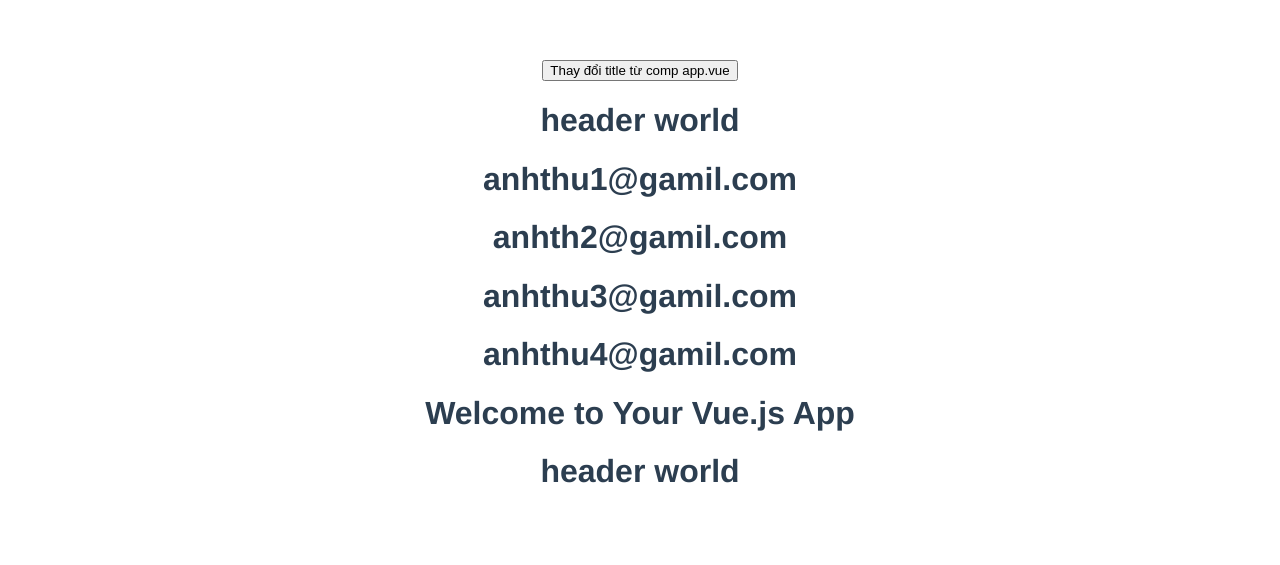
Repository: anhthu112/Todo-list
Page: /
These files come from the project's save history. The page is drawn as it stood at one moment and after the next save; the edit follows.
The browser window is 1280 px wide. The pictures show the whole page.
The project was rebuilt for these pictures with package versions that can differ from the ones it lists, and the page was loaded fresh each time. Also part of the build but not shown: vue.config.js.

Above is the page before, as saved 2024-01-23 14:08:33.

### src/App.vue
<template>
  <div class="container">
    <button v-on:click="title='Yoon Jeonghan'">Thay đổi title từ comp app.vue</button>
    <CompHeader v-bind:title="title"
    v-on:changeTitle="handleChangeTitle"
    />
    <ListUser v-bind:listUser="listUser"/>
    <HelloWorld msg="Welcome to Your Vue.js App"/>
    <ComFooter v-bind:title="title"/>
  </div>

</template>

<script>
import HelloWorld from './components/HelloWorld.vue'
import CompHeader from './components/CompHeader.vue';
import ComFooter from './components/ComFooter.vue';
import ListUser from './components/ListUser.vue';
export default {
  name: 'App',
  data(){
    return {
      title:'header world',
      listUser : [
        {id:1000, email:'anhthu1@gamil.com', active: true},
        {id:1001, email:'anhth2@gamil.com', active: true},
        {id:1002, email:'anhthu3@gamil.com', active: true},
        {id:1003, email:'anhthu4@gamil.com', active: false}
      ]
    }
  },
  components: {
    HelloWorld,
    CompHeader,
    ComFooter,
    ListUser
},
  methods:{
    handleChangeTitle(){
      console.log('sucess');
    }
  }
}
</script>

<style>
#app {
  font-family: Avenir, Helvetica, Arial, sans-serif;
  -webkit-font-smoothing: antialiased;
  -moz-osx-font-smoothing: grayscale;
  text-align: center;
  color: #2c3e50;
  margin-top: 60px;
}
</style>

### src/components/CompHeader.vue
<template>
    <header><h1>{{ title }}</h1></header>
    <!-- <button v-on:click="changeHeader">Thay đổi title từ compheader</button> -->
</template>
<script>
    export default{
        name: 'comp-header',
        props:{
            title: String,
        },
        data (){
            return {
            }
        },
        methods:{
            changeHeader(){
                console.log('truoc');
                this.$emit('myevent');
                console.log('sau')

            }
        }
    }
</script>

### src/components/ComFooter.vue
<template>
    <footer>
            <h1>{{ title }}</h1>
    </footer>

</template>
<script>
    export default{
        name: 'comp-footer',
        props: {
            title: String,
        }
    }
</script>

### src/components/ListUser.vue
<template>
    <div class="list-user">
      <User v-for="user in listUser" v-bind:key="user.id" v-bind:user="user" />
    </div>
</template>

  <script>
  import User from './User.vue';
  export default {
    name: 'ListUser',
    props: {
      listUser: {
        type: Array,
      },
    },
    components: {
      User,
    },
  };
  </script>

### src/components/User.vue
<template>
    <div class="user">
        <h1>{{ user.email }}</h1>
    </div>
</template>
<script>
    export default {
        name: 'userComponent',
        props:{
            user : {
                type: Object,
            }
        },
        data (){
            return {

            }
        }
    }
</script>

Loaded but not shown: public/index.html (common file); src/main.js (common file); src/components/HelloWorld.vue (common file)

After the next save:
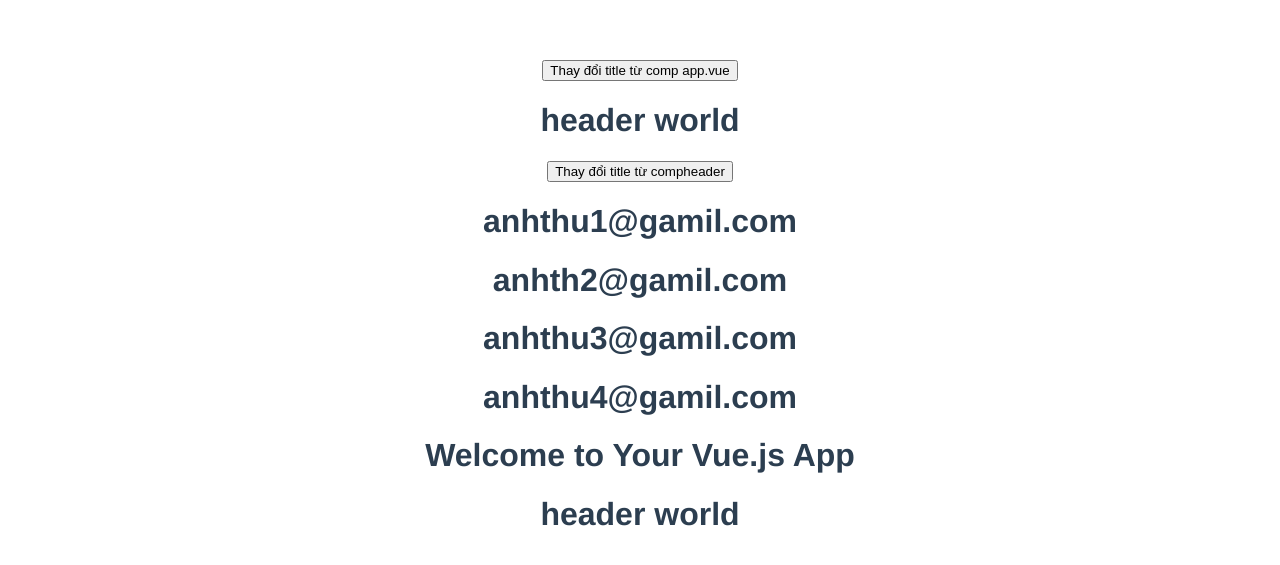
Saved 41 s later.
--- a/src/components/CompHeader.vue
+++ b/src/components/CompHeader.vue
@@ -1,6 +1,6 @@
 <template>
     <header><h1>{{ title }}</h1></header>
-    <!-- <button v-on:click="changeHeader">Thay đổi title từ compheader</button> -->
+    <button v-on:click="changeHeader">Thay đổi title từ compheader</button>
 </template>
 <script>
     export default{
